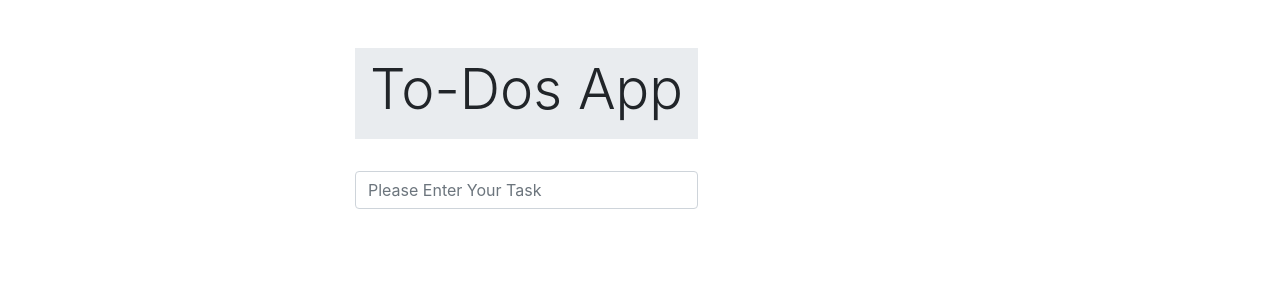
Repository: Khilanmakwana/Todo-App-ReactJS
Page: /
These files come from the project's save history. The page is drawn as it stood at one moment and after the next save; the edit follows.
The browser window is 1280 px wide. The pictures show the whole page.
The project was rebuilt for these pictures with package versions that can differ from the ones it lists, and the page was loaded fresh each time. Also part of the build but not shown: src/App.css.

Above is the page before, as saved 2020-04-28 15:31:10.

### public/index.html
<!DOCTYPE html>
<html lang="en">

<head>
  <meta charset="utf-8" />
  <link rel="icon" href="%PUBLIC_URL%/favicon.ico" />
  <meta name="viewport" content="width=device-width, initial-scale=1" />
  <meta name="theme-color" content="#000000" />
  <meta name="description" content="Web site created using create-react-app" />
  <link rel="apple-touch-icon" href="%PUBLIC_URL%/logo192.png" />
  <!--
      manifest.json provides metadata used when your web app is installed on a
      user's mobile device or desktop. See https://developers.google.com/web/fundamentals/web-app-manifest/
    -->
  <link rel="manifest" href="%PUBLIC_URL%/manifest.json" />
  <!--
      Notice the use of %PUBLIC_URL% in the tags above.
      It will be replaced with the URL of the `public` folder during the build.
      Only files inside the `public` folder can be referenced from the HTML.

      Unlike "/favicon.ico" or "favicon.ico", "%PUBLIC_URL%/favicon.ico" will
      work correctly both with client-side routing and a non-root public URL.
      Learn how to configure a non-root public URL by running `npm run build`.
    -->
  <title>React App</title>
  <link rel="stylesheet" href="https://stackpath.bootstrapcdn.com/bootstrap/4.4.1/css/bootstrap.min.css"
    integrity="sha384-Vkoo8x4CGsO3+Hhxv8T/Q5PaXtkKtu6ug5TOeNV6gBiFeWPGFN9MuhOf23Q9Ifjh" crossorigin="anonymous">
</head>

<body>
  <noscript>You need to enable JavaScript to run this app.</noscript>
  <div class="container">
    <div class="row">
      <div class="col-mf-6 offset-md-3 mt-5">
        <div id="root"></div>
      </div>
    </div>
  </div>
  <!--
      This HTML file is a template.
      If you open it directly in the browser, you will see an empty page.

      You can add webfonts, meta tags, or analytics to this file.
      The build step will place the bundled scripts into the <body> tag.

      To begin the development, run `npm start` or `yarn start`.
      To create a production bundle, use `npm run build` or `yarn build`.
    -->
  <script src="https://code.jquery.com/jquery-3.4.1.slim.min.js"
    integrity="sha384-J6qa4849blE2+poT4WnyKhv5vZF5SrPo0iEjwBvKU7imGFAV0wwj1yYfoRSJoZ+n" crossorigin="anonymous">
  </script>
  <script src="https://cdn.jsdelivr.net/npm/popper.js@1.16.0/dist/umd/popper.min.js"
    integrity="sha384-Q6E9RHvbIyZFJoft+2mJbHaEWldlvI9IOYy5n3zV9zzTtmI3UksdQRVvoxMfooAo" crossorigin="anonymous">
  </script>
  <script src="https://stackpath.bootstrapcdn.com/bootstrap/4.4.1/js/bootstrap.min.js"
    integrity="sha384-wfSDF2E50Y2D1uUdj0O3uMBJnjuUD4Ih7YwaYd1iqfktj0Uod8GCExl3Og8ifwB6" crossorigin="anonymous">
  </script>
</body>

</html>

### src/App.js
import React from "react";
import "./App.css";

function App() {
  return (
    <div>
      <div className="jumbotron jumbotron-fluid py-2">
        <div className="container">
          <h1 className="display-4">To-Dos App</h1>
        </div>
      </div>
      <form className="mb-3">
        <input type="text" className="form-control" placeholder="Please Enter Your Task" autoComplete="off"/>
      </form>
    </div>
  );
}

export default App;

Loaded but not shown: src/index.js (common file); src/index.css (common file); src/serviceWorker.js (common file)

After the next save:
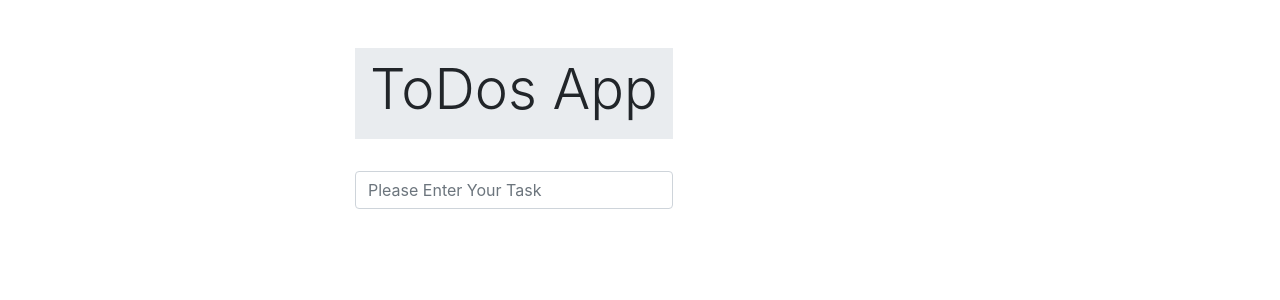
Saved 13 s later.
--- a/src/App.js
+++ b/src/App.js
@@ -6,7 +6,7 @@ function App() {
     <div>
       <div className="jumbotron jumbotron-fluid py-2">
         <div className="container">
-          <h1 className="display-4">To-Dos App</h1>
+          <h1 className="display-4">ToDos App</h1>
         </div>
       </div>
       <form className="mb-3">
